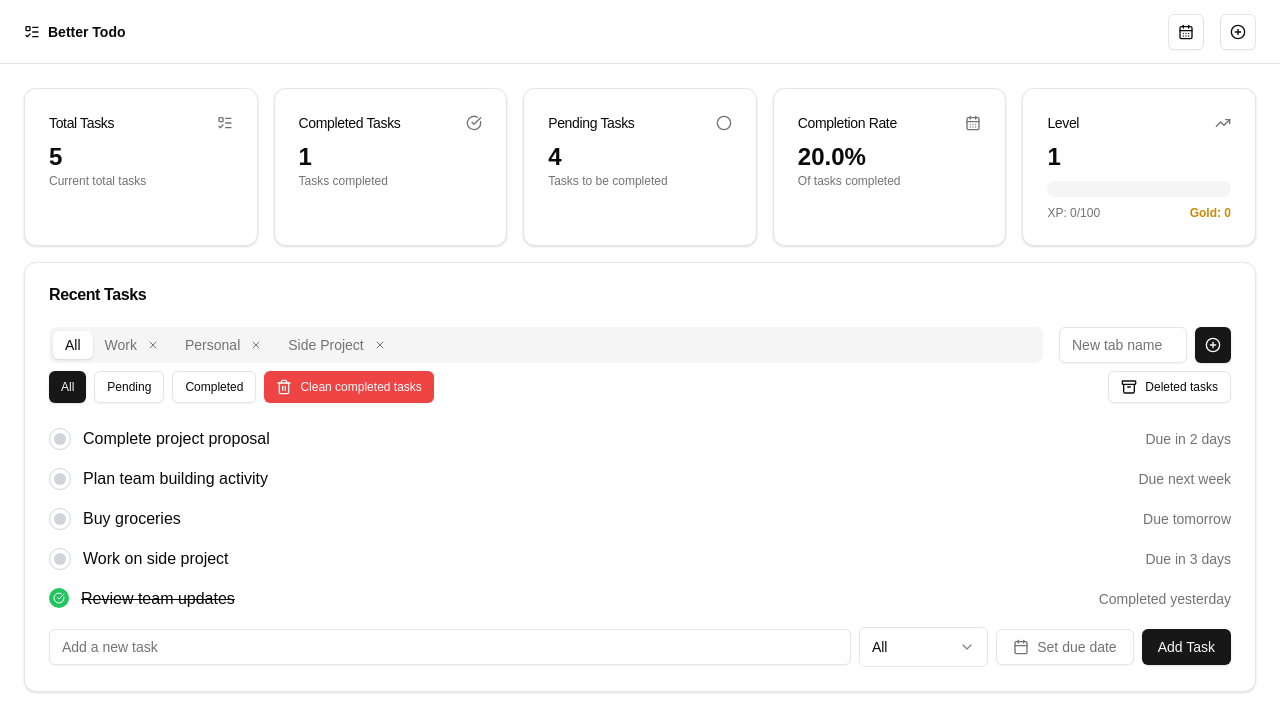
Repository: malikbarbier7/better-todo
Page: /dashboard
The author's editor kept a copy of each file at every save. The page is drawn from the files as they stood at one save, then again after the next save.
The browser window is 1280 px wide. The pictures show the whole page.
The project was rebuilt for these pictures with package versions that can differ from the ones it lists, and the page was loaded fresh each time. The framework's server and built-in components were replaced by stand-ins that run in the browser. Also part of the build but not shown: next.config.js, next.config.mjs, components/ui/calendar.tsx.

Above is the page before, as saved 2024-10-04 13:39:43.

After the next save:
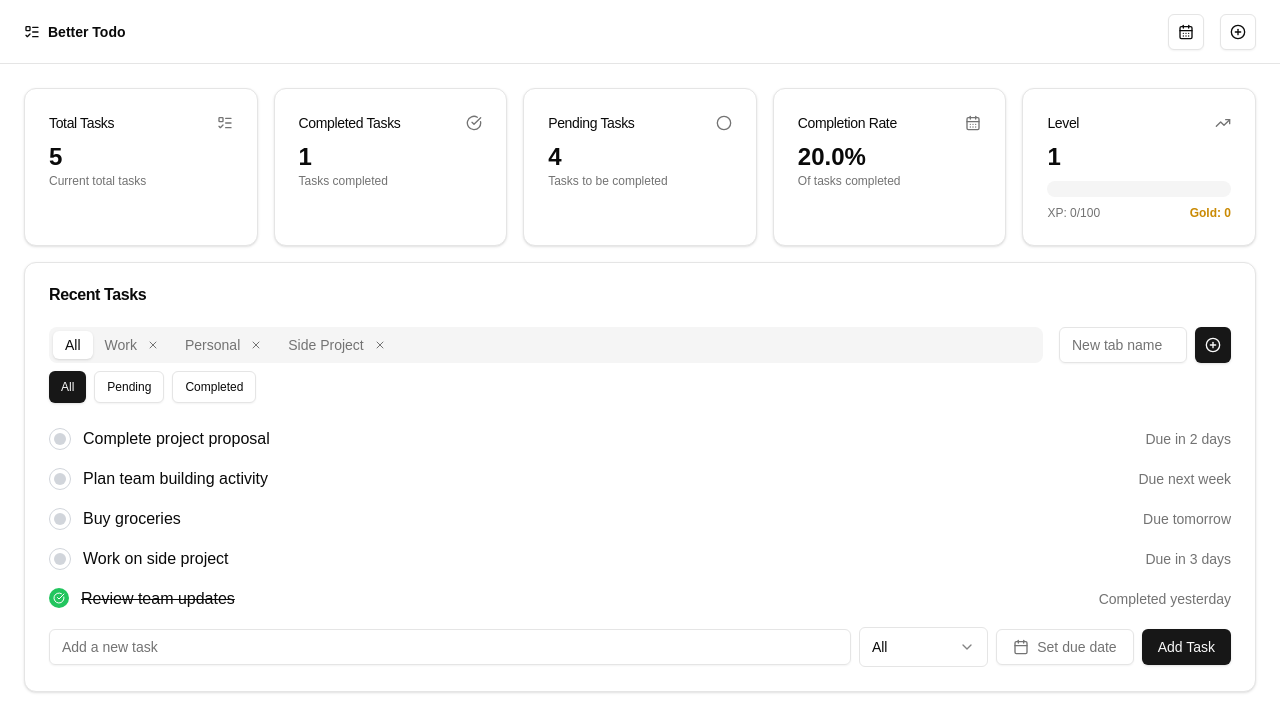
Saved 6 min 14 s later.
--- a/components/dashboard.tsx
+++ b/components/dashboard.tsx
@@ -5,7 +5,7 @@ import { Button } from "@/components/ui/button"
 import { Card, CardContent, CardHeader, CardTitle } from "@/components/ui/card"
 import { Input } from "@/components/ui/input"
 import { Tabs, TabsContent, TabsList, TabsTrigger } from "@/components/ui/tabs"
-import { CalendarDays, CheckCircle, Circle, ListTodo, PlusCircle, X, ChevronDown, TrendingUp, Calendar as CalendarIcon, Trash2, Archive } from "lucide-react"
+import { CalendarDays, CheckCircle, Circle, ListTodo, PlusCircle, X, ChevronDown, TrendingUp, Calendar as CalendarIcon } from "lucide-react"
 import { Progress } from "@/components/ui/progress"
 import {
   Select,
@@ -23,15 +23,6 @@ import {
 import { format } from "date-fns"
 import { cn } from "@/lib/utils"
 
-// Définissez le type Task
-type Task = {
-  id: number;
-  name: string;
-  status: 'pending' | 'completed';
-  category: string;
-  dueDate: string;
-};
-
 export function Dashboard() {
   const [tabs, setTabs] = React.useState(['All', 'Work', 'Personal', 'Side Project'])
   const [activeTab, setActiveTab] = React.useState('All')
@@ -39,7 +30,7 @@ export function Dashboard() {
   const [newTaskName, setNewTaskName] = React.useState('')
   const [newTaskSpace, setNewTaskSpace] = React.useState('All')
   const [newTaskDueDate, setNewTaskDueDate] = React.useState<Date | undefined>(undefined)
-  const [tasks, setTasks] = React.useState<Record<string, Task[]>>({
+  const [tasks, setTasks] = React.useState({
     'All': [
       { id: 1, name: 'Complete project proposal', status: 'pending', category: 'Work', dueDate: 'Due in 2 days' },
       { id: 2, name: 'Review team updates', status: 'completed', category: 'Work', dueDate: 'Completed yesterday' },
@@ -59,12 +50,11 @@ export function Dashboard() {
       { id: 5, name: 'Work on side project', status: 'pending', category: 'Side Project', dueDate: 'Due in 3 days' },
     ],
   })
+
   const [taskFilter, setTaskFilter] = React.useState('all')
   const [level, setLevel] = React.useState(1)
   const [xp, setXp] = React.useState(0)
   const [gold, setGold] = React.useState(0)
-  const [deletedTasks, setDeletedTasks] = React.useState<Task[]>([])
-  const [showDeletedTasks, setShowDeletedTasks] = React.useState(false)
 
   const handleAddTab = () => {
     if (newTabName && !tabs.includes(newTabName)) {
@@ -177,44 +167,21 @@ export function Dashboard() {
   // Calculer le taux de complétion
   const completionRate = totalTasks > 0 ? ((completedTasks / totalTasks) * 100).toFixed(1) : '0.0';
 
-  const cleanCompletedTasks = () => {
-    setTasks(prevTasks => {
-      const updatedTasks: Record<string, Task[]> = {};
-      const newDeletedTasks: Task[] = [];
-
-      for (const category in prevTasks) {
-        updatedTasks[category] = prevTasks[category].filter(task => {
-          if (task.status === 'completed') {
-            if (!newDeletedTasks.some(deletedTask => deletedTask.id === task.id)) {
-              newDeletedTasks.push(task);
-            }
-            return false;
-          }
-          return true;
-        });
-      }
-
-      setDeletedTasks(prev => [...prev, ...newDeletedTasks]);
-      return updatedTasks;
-    });
-  };
-
   const filteredTasks = React.useMemo(() => {
-    if (showDeletedTasks) {
-      return deletedTasks;
-    }
-    const tasksToFilter = tasks[activeTab] || [];
-    return tasksToFilter.filter(task => {
-      if (taskFilter === 'all') return true;
-      if (taskFilter === 'pending') return task.status === 'pending';
-      if (taskFilter === 'completed') return task.status === 'completed';
-      return true;
-    }).sort((a, b) => {
-      if (a.status === 'pending' && b.status === 'completed') return -1;
-      if (a.status === 'completed' && b.status === 'pending') return 1;
-      return 0;
-    });
-  }, [tasks, activeTab, taskFilter, deletedTasks, showDeletedTasks]);
+    return (tasks[activeTab] || [])
+      .filter(task => {
+        if (taskFilter === 'all') return true;
+        if (taskFilter === 'pending') return task.status === 'pending';
+        if (taskFilter === 'completed') return task.status === 'completed';
+        return true;
+      })
+      .sort((a, b) => {
+        // Trier les tâches : pendantes en haut, complétées en bas
+        if (a.status === 'pending' && b.status === 'completed') return -1;
+        if (a.status === 'completed' && b.status === 'pending') return 1;
+        return 0;
+      });
+  }, [tasks, activeTab, taskFilter]);
 
   // Mettre à jour newTaskSpace quand activeTab change
   React.useEffect(() => {
@@ -307,7 +274,7 @@ export function Dashboard() {
           <CardContent>
             <Tabs value={activeTab} onValueChange={(value) => {
               setActiveTab(value);
-              setNewTaskSpace(value);
+              setNewTaskSpace(value); // Mettre à jour newTaskSpace ici aussi
             }} className="w-full">
               <div className="flex flex-col">
                 <div className="mb-4">
@@ -344,55 +311,28 @@ export function Dashboard() {
                       </Button>
                     </div>
                   </div>
-                  <div className="flex justify-start mt-2 items-center">
+                  <div className="flex justify-start mt-2">
                     <div className="flex items-center space-x-2">
                       <Button
                         size="sm"
-                        variant={taskFilter === 'all' && !showDeletedTasks ? 'default' : 'outline'}
-                        onClick={() => {
-                          setTaskFilter('all')
-                          setShowDeletedTasks(false)
-                        }}
+                        variant={taskFilter === 'all' ? 'default' : 'outline'}
+                        onClick={() => setTaskFilter('all')}
                       >
                         All
                       </Button>
                       <Button
                         size="sm"
-                        variant={taskFilter === 'pending' && !showDeletedTasks ? 'default' : 'outline'}
-                        onClick={() => {
-                          setTaskFilter('pending')
-                          setShowDeletedTasks(false)
-                        }}
+                        variant={taskFilter === 'pending' ? 'default' : 'outline'}
+                        onClick={() => setTaskFilter('pending')}
                       >
                         Pending
                       </Button>
                       <Button
                         size="sm"
-                        variant={taskFilter === 'completed' && !showDeletedTasks ? 'default' : 'outline'}
-                        onClick={() => {
-                          setTaskFilter('completed')
-                          setShowDeletedTasks(false)
-                        }}
+                        variant={taskFilter === 'completed' ? 'default' : 'outline'}
+                        onClick={() => setTaskFilter('completed')}
                       >
                         Completed
-                      </Button>
-                      <Button
-                        size="sm"
-                        variant="destructive"
-                        onClick={cleanCompletedTasks}
-                      >
-                        <Trash2 className="w-4 h-4 mr-2" />
-                        Clean completed tasks
-                      </Button>
-                    </div>
-                    <div className="ml-auto">
-                      <Button
-                        size="sm"
-                        variant={showDeletedTasks ? 'default' : 'outline'}
-                        onClick={() => setShowDeletedTasks(!showDeletedTasks)}
-                      >
-                        <Archive className="w-4 h-4 mr-2" />
-                        Deleted tasks
                       </Button>
                     </div>
                   </div>
